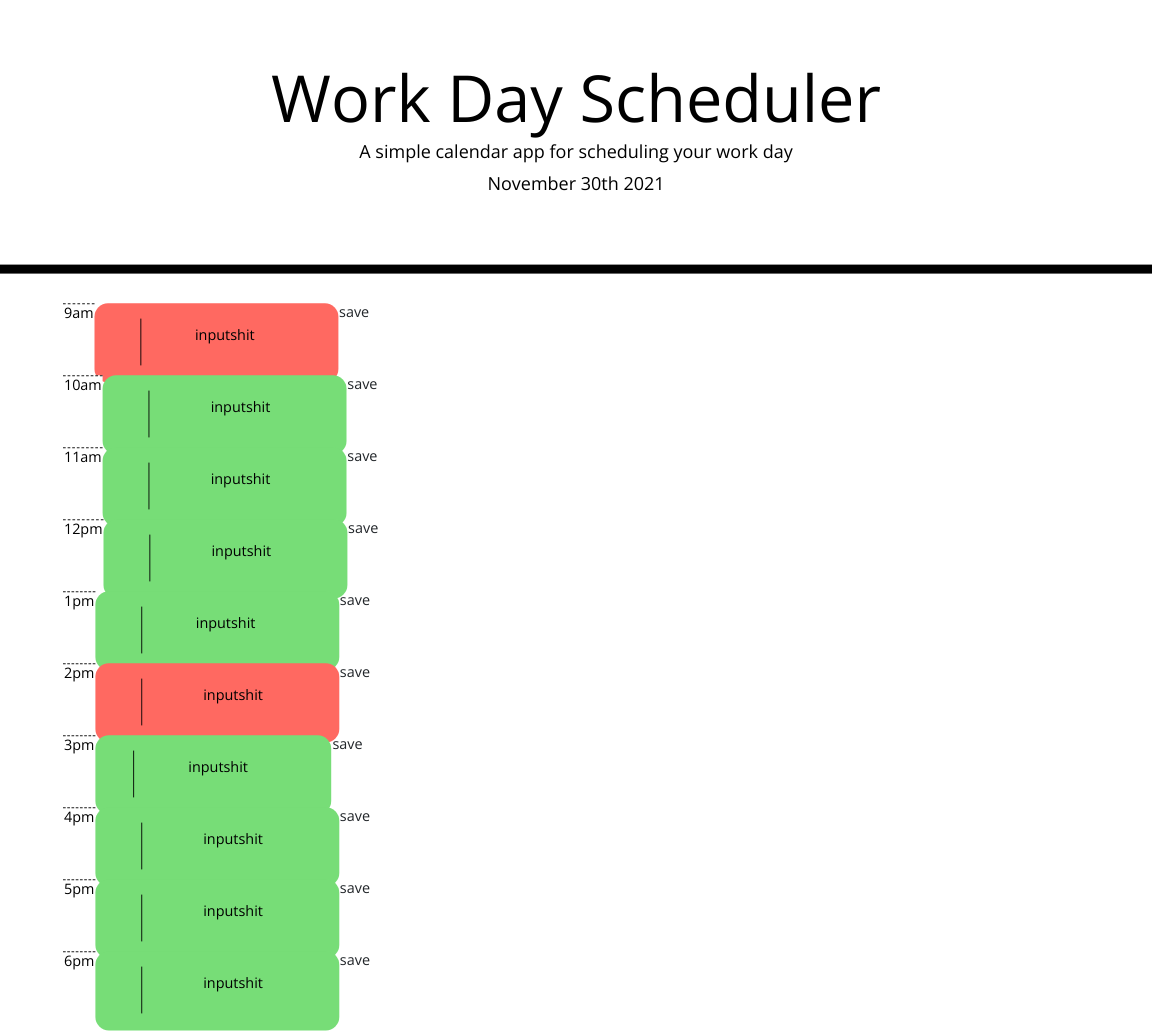
Repository: Naomilounsbury/work-day-scheduler
Page: index.html
The author's editor kept a copy of each file at every save. The page is drawn from the files as they stood at one save, then again after the next save.
The browser window is 1280 px wide. The pictures show the whole page, at 90% of full size.
Some web libraries are served in a nearby version.

Above is the page before, as saved 2021-11-30 22:00:54.

After the next save:
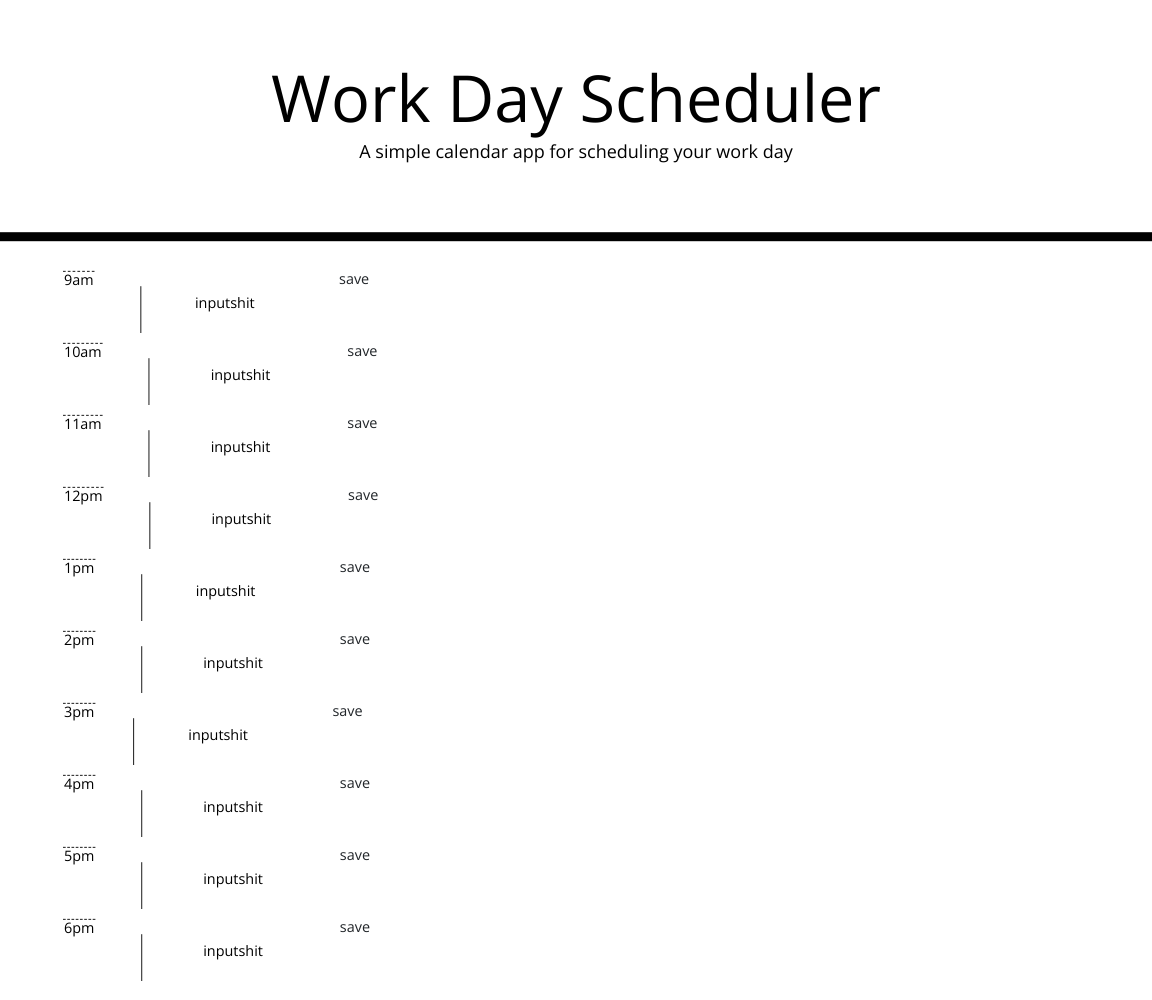
Console error: SyntaxError: Unexpected end of input
Saved 12 h 44 min later.
--- a/index.html
+++ b/index.html
@@ -38,7 +38,7 @@
             inputshit
           </textarea>
           </td>
-          <td>save</td>
+          <td class="savebtn">save</td>
         </tr>
         <tr class="row">
           <td class="hour">10am</td>
--- a/assets/js/script.js
+++ b/assets/js/script.js
@@ -34,3 +34,18 @@ for(i=0; i<=timeBlockEl.length-1; i++){
     timeBlockEl[i].className = timeBlockEl[i].className + " " + checkTime(timeBlockEl[i])
 console.log(checkTime(timeBlockEl[i]))
 }
+var saveData = function (){
+
+}
+saveData.addEventListener("click", function () {
+    var initials = input.value
+    console.log(initials)
+    var object = {
+        //key value pair, key being the name of the property within the object, the value being the actual data or content
+        initials: initials, score: score
+
+    }
+    //pushing my scores onto my array
+    // highScores.push(object)
+    // //making my high scores object into a string
+    // localStorage.setItem("highScores", JSON.stringify(highScores))

After the 2 saves that followed:
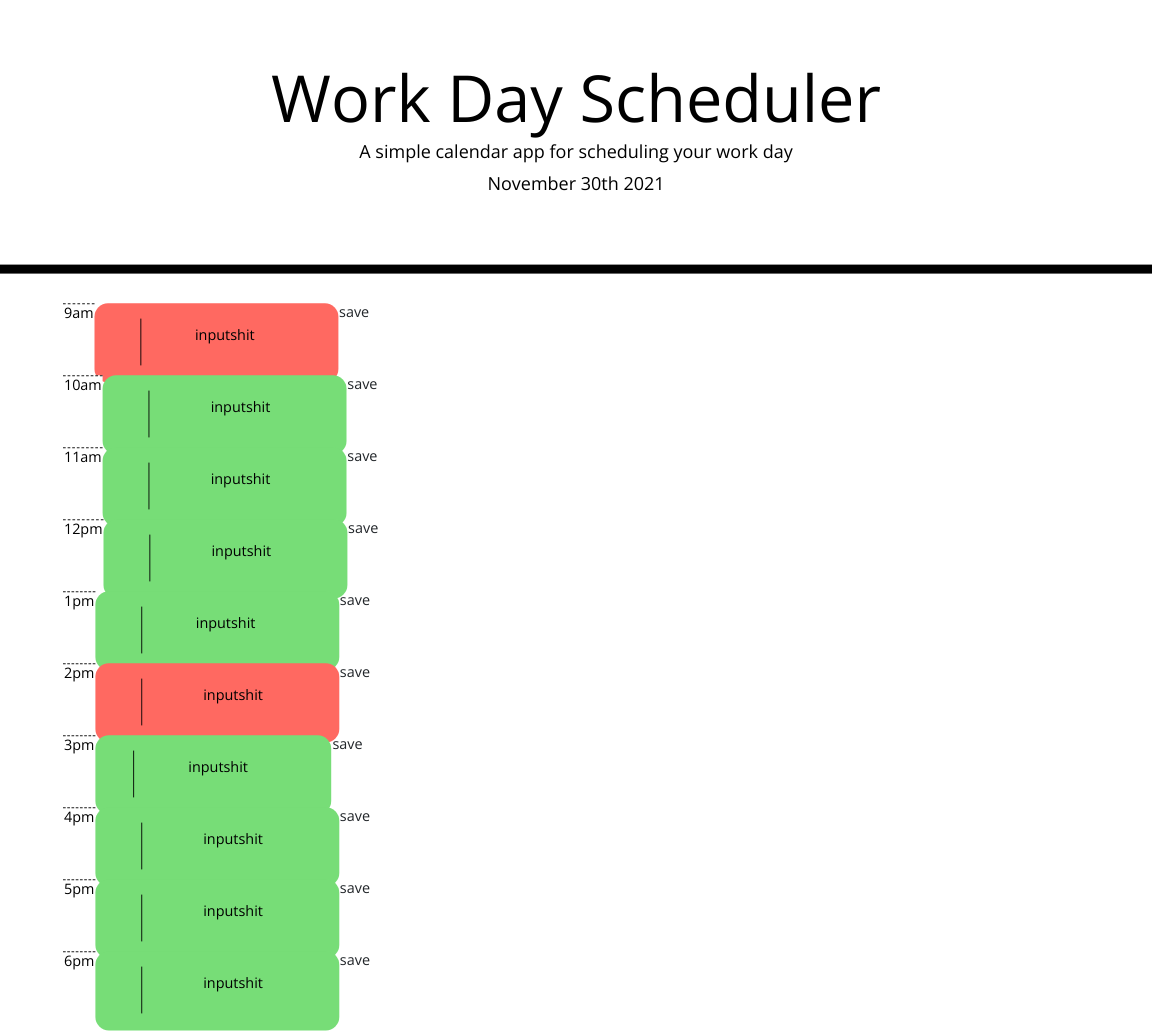
The error is gone.
The 2 saves are shown as one change because 1 left the picture as it was.
The last was saved 2 min 5 s later.
--- a/assets/js/script.js
+++ b/assets/js/script.js
@@ -34,17 +34,17 @@ for(i=0; i<=timeBlockEl.length-1; i++){
     timeBlockEl[i].className = timeBlockEl[i].className + " " + checkTime(timeBlockEl[i])
 console.log(checkTime(timeBlockEl[i]))
 }
-var saveData = function (){
+// var saveData = function (){
 
-}
-saveData.addEventListener("click", function () {
-    var initials = input.value
-    console.log(initials)
-    var object = {
-        //key value pair, key being the name of the property within the object, the value being the actual data or content
-        initials: initials, score: score
+// }
+// saveData.addEventListener("click", function () {
+//     var initials = input.value
+//     console.log(initials)
+//     var object = {
+//         //key value pair, key being the name of the property within the object, the value being the actual data or content
+//         initials: initials, score: score
 
-    }
+    // }
     //pushing my scores onto my array
     // highScores.push(object)
     // //making my high scores object into a string
